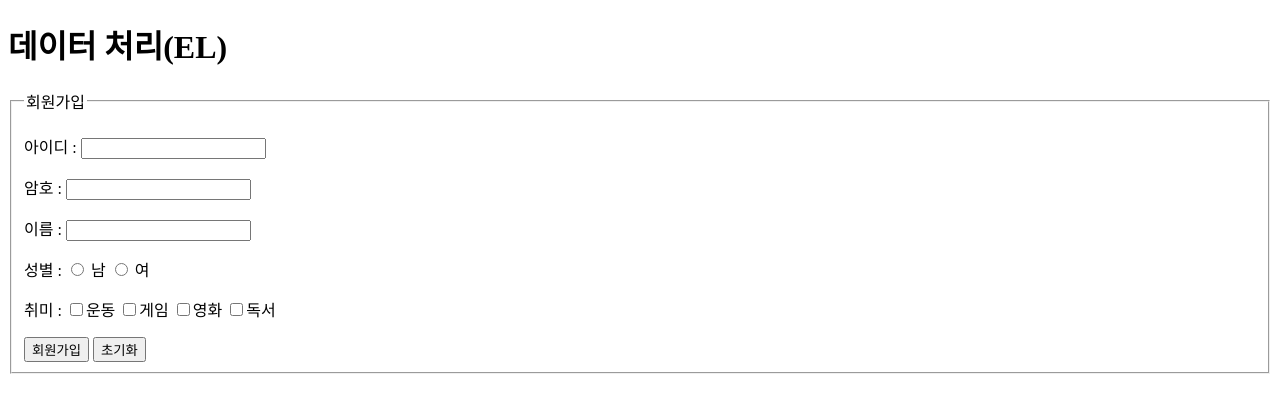
Repository: SeYoung1012/Bitcamp
Page: http://localhost/07_EL_JSTL/EL03_main.jsp
An editor plug-in stored every save of this project. The page is shown before and after the next save, followed by the edit.
The browser window is 1280 px wide. The pictures show the whole page.
The page is served by Tomcat 9.

Above is the page before, as saved 2021-09-29 07:19:33.

After the next save:
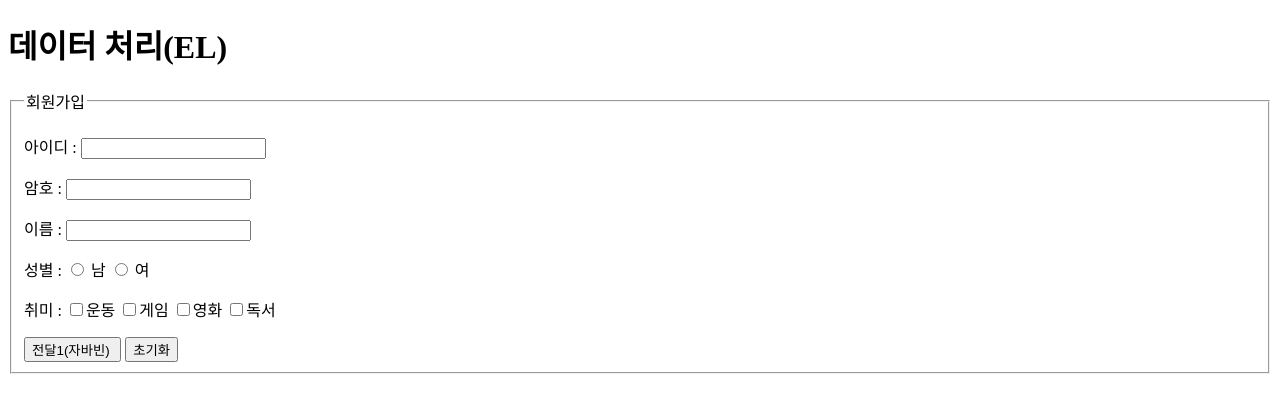
Saved 52 s later.
--- a/60_web/07_EL_JSTL/WebContent/EL03_main.jsp
+++ b/60_web/07_EL_JSTL/WebContent/EL03_main.jsp
@@ -24,7 +24,7 @@
 			<input type = "checkbox" name = "hobby" value = "movie">영화
 			<input type = "checkbox" name = "hobby" value = "book">독서
 		</p>
-		<input type = "button" value = "회원가입">
+		<input type = "button" value = "전달1(자바빈) " onclick = "send_go">
 		<input type = "reset" value = "초기화">
 
 		</fieldset>
